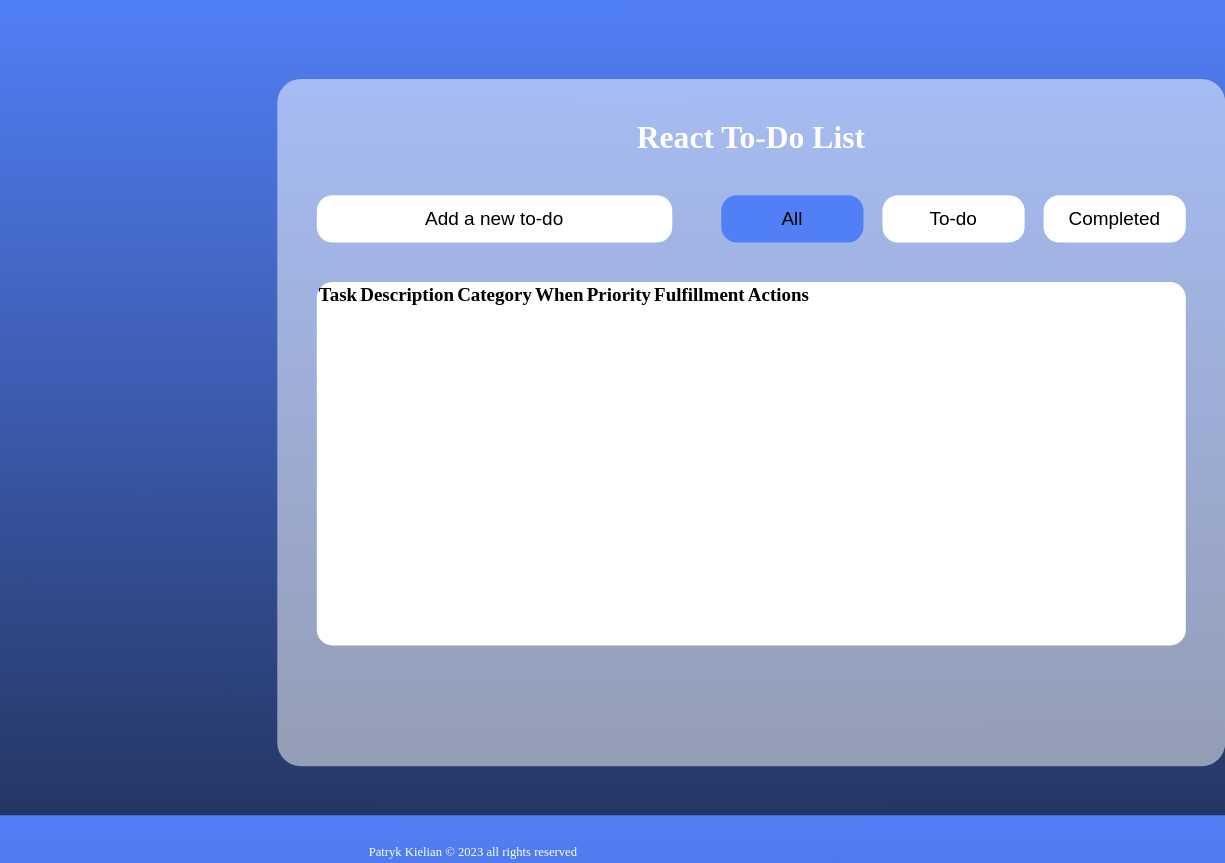
Repository: mirajane2/maquette-todo
Page: index.html
The author's editor kept a copy of each file at every save. The page is drawn from the files as they stood at one save, then again after the next save.
The browser window is 1280 px wide. The page is 1551 px wide, so the pictures cover 1551 px, including what lies to the right of the window. The pictures show the whole page, at 79% of full size.
The page's requests for data from a server got no answer.

Above is the page before, as saved 2024-11-18 11:47:01.

### index.html
<!DOCTYPE html>
<html lang="fr">
<head>
    <meta charset="UTF-8">
    <meta name="viewport" content="width=device-width, initial-scale=1.0">
    <link rel="stylesheet" href="index.css">
    <title>Maquette Figma</title>
</head>
<body>
    <div class="container">
        <div class="content">
            <h1 class="titre">React To-Do List</h1>
            <div class="control">
                <button class="taches" id="formulaire"> Add a new to-do</button>
                <div class="choix_selection">
                    <button class="show">All</button>
                    <button class="options">To-do</button>
                    <button class="options">Completed</button>
                </div>
            </div>
            <div class="table">
                <table>
                    <thead>
                        <tr>
                            <th>Task</th>
                            <th>Description</th>
                            <th>Category</th>
                            <th>When</th>
                            <th>Priority</th>
                            <th>Fulfillment</th>
                            <th>Actions</th>
                        </tr>
                    </thead>
                    <tbody class="valeur" id="taskList">

                    </tbody>
                </table>
            </div>
        </div>
        <footer>
            <p>Patryk Kielian © 2023 all rights reserved</p>
        </footer>
    </div>


    <div class="form-container" style="display: none">
        <div class ="modal-content">
            <div class="content">
                <h1 class="titre">React To-Do List</h1>
                <div class="form">
                    <h2 class="titre1"> Add a new todo : </h2>
                    <div class="data">
                        <div class="data-colonne">
                            <div class="champs">
                                <label> Name :</label>
                                <input type="text" id="name" placeholder="name for the task you're going to do">
                            </div>

                            <div class="champs">
                                <label> Description :</label>
                                <textarea id="description" placeholder="a short description of the task, can be omitted"></textarea>
                            </div>

                            <div class="champs">
                                <label> Category :</label>
                                <input type="text" id="category" placeholder="e.g housewold, school, work">
                            </div>

                            <div class="champs">
                                <label> Date :</label>
                                <input type="date" id="taskDate">
                            </div>

                            <div class="champs">
                                <label> Time :</label>
                                <input type="time" id="taskTime">
                            </div>

                        </div>
                        <div class="data-colonne">
                            <div class="champs">
                                <label> Priority :</label>
                                <select name="priority" id="taskPriority">
                                    <option value="high">High</option>
                                    <option value="medium">Medium</option>
                                    <option value="low">Low</option>
                                </select>
                            </div>

                            <div class="champs">
                                <label> Fulfillment :</label>
                                <input type="range" id="taskFulfillment" min="0" max="100">
                            </div>

                            <div class="button">
                                <button id="enregistrer">Save</button>
                                <button id="supprimer">Cancel</button>
                            </div>

                        </div>
                        <script src="script.js"></script>
                    </div>
                </div>
            </div>
            <footer>
                <p>Patryk Kielian © 2023 all rights reserved</p>
            </footer>
        </div>
    </div>
</body>
</html>

### index.css
html{
    min-height: 100vh;
    background: linear-gradient(180deg, #517FF6, #253663);
}
body{
    padding: 0;
    margin: 0;
}

.container {
    width: 1197px;
    height: 932px;
}

.content{
    width: 1100px;
    height: 770px;
    background-color: #FFFFFF80;
    border-radius: 30px;
    margin: 100px 350.500px;
    padding: 50px;
}
.titre{
    color: #FFFFFF;
    text-align: center;
    font-weight: 700px;
    font-size: 40px;
    margin: 0 auto;
}

.control{
    flex-direction: row;
    display: flex;
    justify-content: space-between;
    margin: 50px 0;
}

.taches{
    font-size: 24px;
    font-weight: 400px;
    height: 60px;
    width: 450px;
    border-radius: 20px;
    border: none;
    background-color: #FFFFFF;

}

.show{
    background-color: #517FF6;
    border-radius: 20px;
    width: 180px;
    height: 60px;
    font-size: 24px;
    margin-left: 20px;
    padding: 0;
    border: none;
}

.options{
    background-color: #FFFFFF;
    width: 180px;
    height: 60px;
    border-radius: 20px;
    font-size: 24px;
    border: none;
    margin-left: 20px;
}

.table{
    background-color: #FFFFFF;
    width: 1100px;
    height: 460px;
    border-radius: 20px;
    border: none;
    font-size: 24px;
}

footer{
    font-size: 16px;
    text-align: center;
    font-weight: 400px;
    width: 275px;
    height: 23px;
    color: #FFFFFF;
    margin: 50px auto;
}

thead{
    text-align: center;

}
.form{
    background-color: #FFFFFF;
    border-radius: 20px;
    border: none;
    margin: 0 auto;
    padding: 30px 50px 0;
    top: 150px;
    left: 0;
    right: 0;
}

h2 {
    font-size: 32px;
    padding: 0;
    margin: 0;
    border: 0;
}

.data {
    grid-template-columns: 1fr 1fr;
    column-gap: 50px;
    margin-top: 30px;
    display: grid;
}

.data-colonne{
    flex-direction: column;
    justify-content: space-between;
    display: flex;
}

.champs{
    flex-direction: row;
    justify-content: space-between;
    margin-bottom: 30px;
    display: flex;
}

.form input, .form select, .form textarea{
    width: 330px;
    border-radius: 0;
    padding: 5px;
    font-size: 1rem;
}

.form label {
    font-size: 24px;
}

.button {
    grid-template-columns: 1fr 1fr;
    column-gap: 50px;
    margin-bottom: 30px;
    display: grid;
}

#enregistrer{
    border-radius: 20px;
    background-color: #517FF6;
    width: 215px;
    height: 60px;
}

#supprimer{
    border-radius: 20px;;
    width: 215px;
    height: 60px;
}

### script.js
const form = document.getElementById('formulaire');
const formContainer = document.querySelector('.form-container');
const main = document.querySelector('.container');
const save = document.getElementById('enregistrer');
const suppr = document.getElementById('supprimer');
const table = document.querySelector('.valeur');
const taskList = document.getElementById('taskList');

let edition = false;
let editingRow = null;


form.addEventListener('click', () => {
    main.style.display = 'none';
    formContainer.style.display = 'flex';
    edition = false;
});

suppr.addEventListener('click', () => {
    formContainer.style.display = 'none';
    main.style.display = 'block';
    clearForm();
});

save.addEventListener('click', () => {
    const name = document.getElementById('name').value;
    const description = document.getElementById('description').value;
    const category = document.getElementById('category').value;
    const date = document.getElementById('taskDate').value;
    const time = document.getElementById('taskTime').value;
    const priority = document.getElementById('taskPriority').value;
    const fulfillment = document.getElementById('taskFulfillment').value;

    if (name.trim() === '') {
        alert('Please enter a task name.');
        return;
    }
    if (edition && editingRow) {

        editingRow.cells[0].textContent = name;
        editingRow.cells[1].textContent = description;
        editingRow.cells[2].textContent = category;
        editingRow.cells[3].textContent = `${date} ${time}`;
        editingRow.cells[4].textContent = priority;
        editingRow.cells[5].textContent = `${fulfillment}%`;
        edition = false;
        editingRow = null;
    }
    else {
        const newRow = document.createElement('tr');
        newRow.innerHTML = `
        <th>${name}</th>
        <th>${description}</th>
        <th>${category}</th>
        <th>${date} ${time}</th>
        <th>${priority}</th>
        <th>${fulfillment}%</th>
        <th>
            <button class="edit">Edit</button>
            <button class="delete">Delete</button>
        </th>
    `;
    table.appendChild(newRow);
    }


    formContainer.style.display = 'none';
    main.style.display = 'block';
    clearForm();
});

function clearForm() {
    document.getElementById('name').value = '';
    document.getElementById('description').value = '';
    document.getElementById('category').value = '';
    document.getElementById('taskDate').value = '';
    document.getElementById('taskTime').value = '';
    document.getElementById('taskPriority').value = 'medium';
    document.getElementById('taskFulfillment').value = '0';
}

table.addEventListener('click', (event) => {
    if (event.target.classList.contains('delete')) {
        event.target.closest('tr').remove();
    }
});

table.addEventListener('click', (event) => {
    if(event.target.classList.contains('edit')) {
        const row = event.target.closest('tr');
        const cells = row.children;
        document.getElementById('name').value = cells[0].textContent;
        document.getElementById('description').value = cells[1].textContent;
        document.getElementById('category').value = cells[2].textContent;
        document.getElementById('taskDate').value = cells[3].textContent.split(' ')[0];
        document.getElementById('taskTime').value = cells[3].textContent.split(' ')[1] || '';
        document.getElementById('taskPriority').value = cells[4].textContent.toLowerCase();
        document.getElementById('taskFulfillment').value = cells[5].textContent.replace('%', '');

        edition = true;
        editingRow = row;

        main.style.display = 'none';
        formContainer.style.display = 'flex';
    }

})
async function fetchAndDisplayTasks() {
    try {
        const response = await fetch('http://localhost:3000/tasks');
        if (!response.ok) {
            throw new Error('Network response was not ok');
        }
        const tasks = await response.json();

        taskList.innerHTML = '';

        tasks.forEach(task => {
            const newRow = document.createElement('tr');
            newRow.innerHTML = `
                <th>${task.name}</th>
                <th>${task.description}</th>
                <th>${task.category}</th>
                <th>${task.date} ${task.time}</th>
                <th>${task.priority}</th>
                <th>${task.fulfillment}%</th>
                <th>
                    <button class="edit">Edit</button>
                    <button class="delete">Delete</button>
                </th>
            `;
            taskList.appendChild(newRow);
        });
    } catch (error) {
        console.error('Error fetching tasks:', error);
    }
}

fetchAndDisplayTasks();

After the next save:
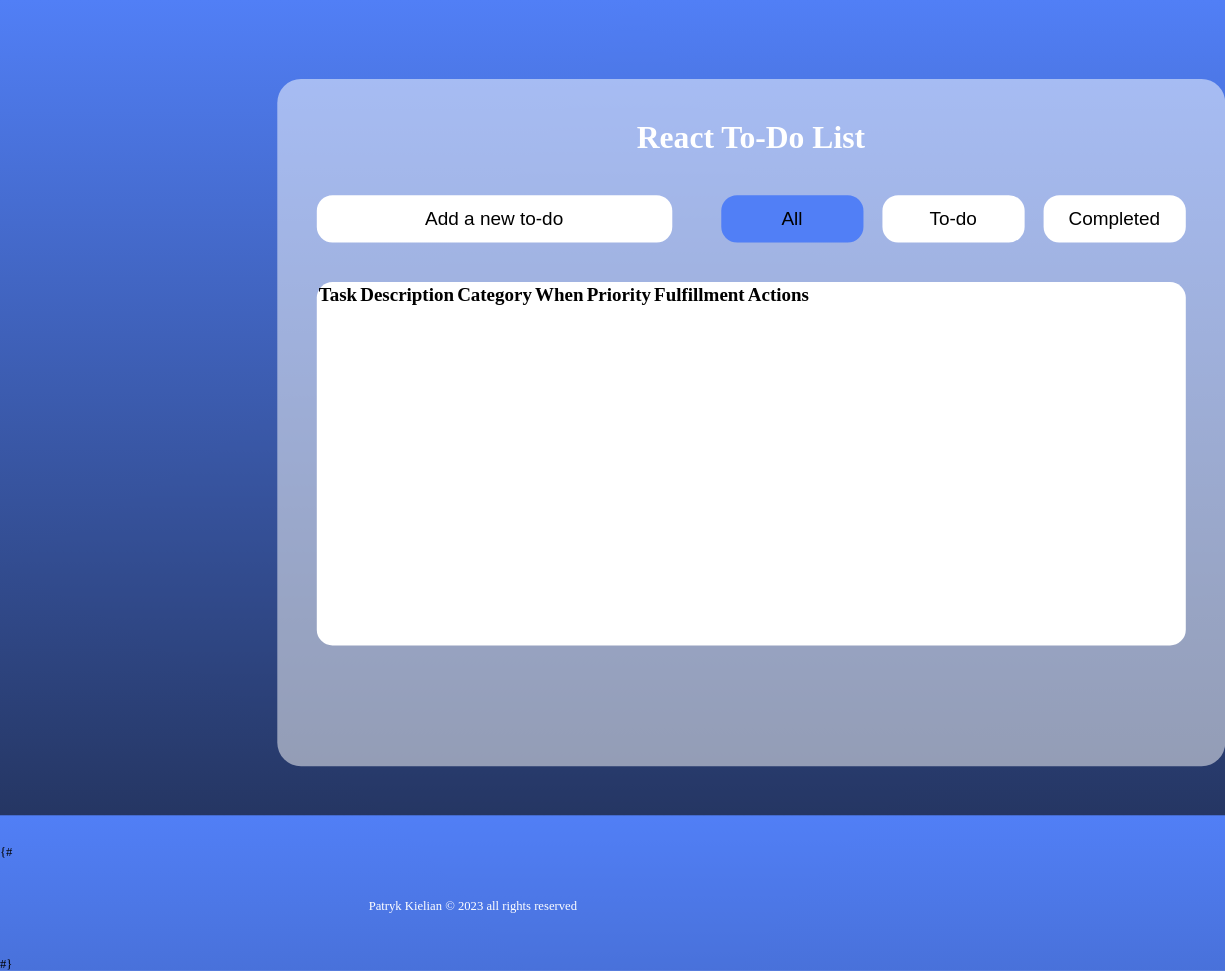
Saved 2 min 24 s later.
--- a/index.html
+++ b/index.html
@@ -37,9 +37,9 @@
                 </table>
             </div>
         </div>
-        <footer>
+        {# <footer>
             <p>Patryk Kielian © 2023 all rights reserved</p>
-        </footer>
+        </footer> #}
     </div>
 
 
